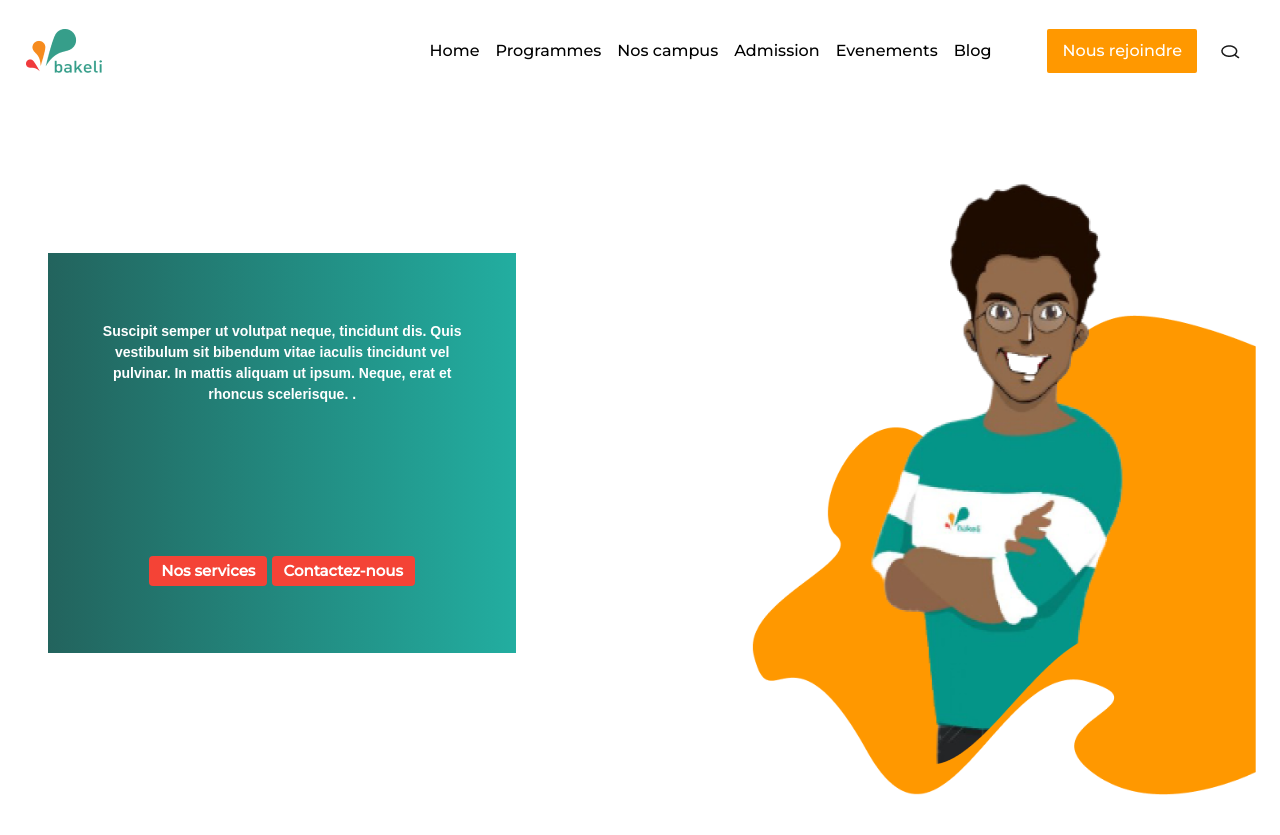
Repository: wadelfadill/tache_6_validation_prototype_bootstrap
Page: index.html
These files come from the project's save history. The page is drawn as it stood at one moment and after the next save; the edit follows.
The browser window is 1280 px wide. The pictures show the whole page.
Some web libraries are served in a nearby version.

Above is the page before, as saved 2023-04-24 13:01:26.

After the next save:
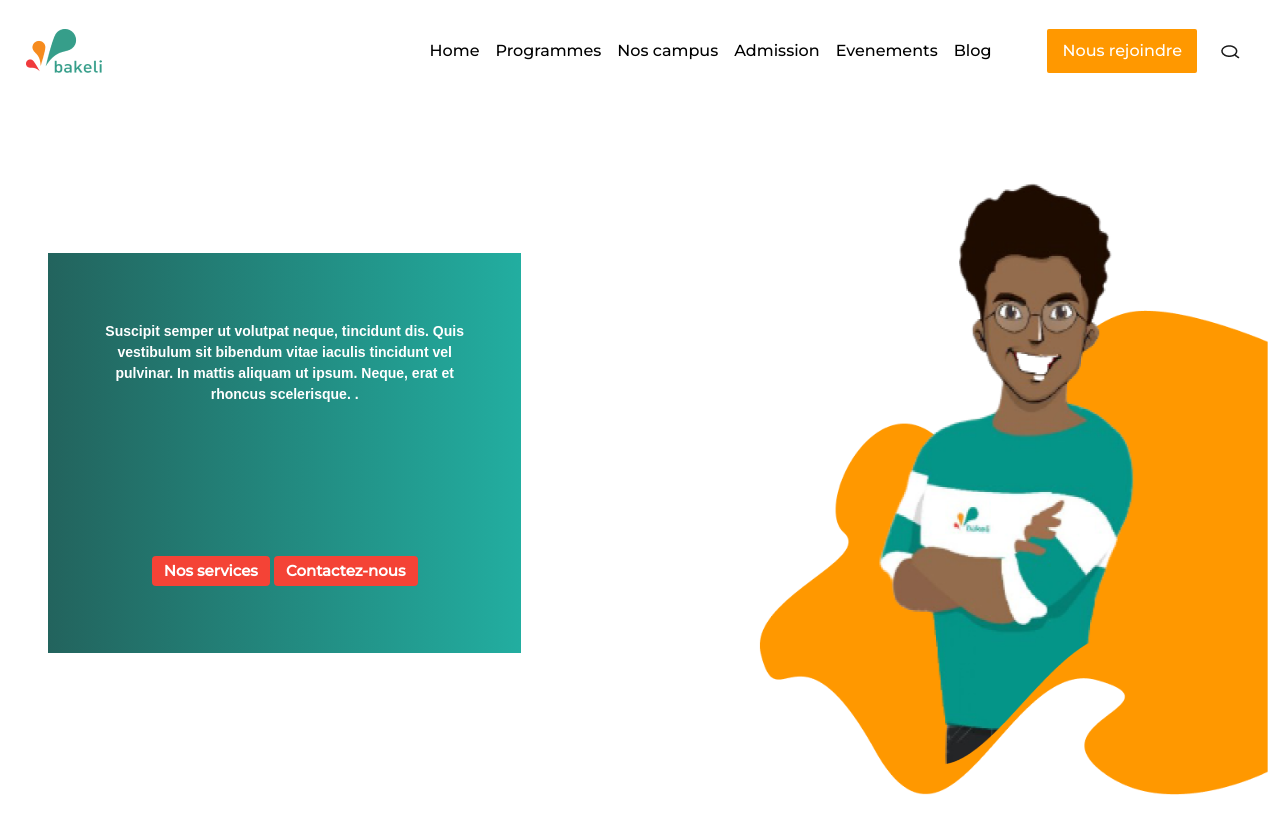
Saved 28 s later.
--- a/index.html
+++ b/index.html
@@ -63,7 +63,7 @@
     <main id="main">
         <!-- ========== Start Home Section ========== -->
         <section id="home">
-            <div class="container-fluid me-md-0">
+            <div class="container-fluid pe-0">
                 <div class="row align-items-center d-flex flex-column-reverse flex-md-row gy-4 gy-md-0 me-md-0">
                     <div class="col-md-5 ps-md-5">
                         <div class="container space-vert justify-content-between text-center d-flex justify-content-around flex-column">
